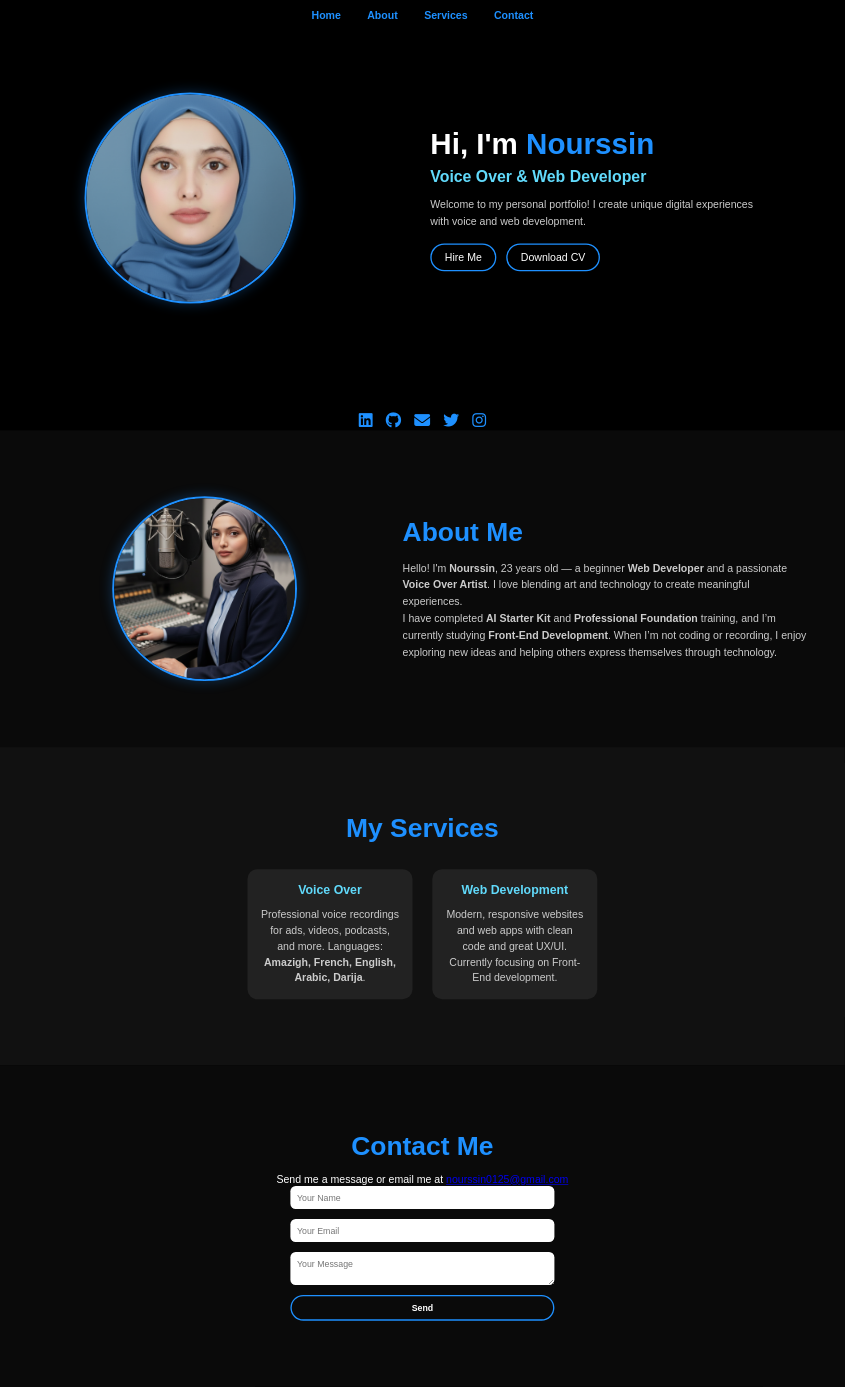
Repository: Abidar-Noura/portfolio
Page: index.html
The author's editor kept a copy of each file at every save. The page is drawn from the files as they stood at one save, then again after the next save.
The browser window is 1280 px wide. The pictures show the whole page, at 66% of full size.

Above is the page before, as saved 2025-11-02 12:57:08.

### index.html
<!DOCTYPE html>
<html lang="en">
<head>
  <link rel="stylesheet" href="https://cdnjs.cloudflare.com/ajax/libs/font-awesome/6.4.0/css/all.min.css"/>
  <meta charset="UTF-8">
  <meta name="viewport" content="width=device-width, initial-scale=1.0">
  <title>Portfolio - Nourssin</title>
  <link rel="stylesheet" href="style.css">
</head>
<body>

  <!-- ===== HEADER / NAVIGATION ===== -->
  <header>
    <nav>
      <ul>
        <li><a href="#home">Home</a></li>
        <li><a href="#about">About</a></li>
        <li><a href="#services">Services</a></li>
        <li><a href="#contact">Contact</a></li>
      </ul>
    </nav>
  </header>

  <!-- ===== HOME SECTION ===== -->
  <section class="home" id="home">
    <div class="home-content">
      <h1>Hi, I'm <span>Nourssin</span></h1>
      <h2>Voice Over & Web Developer</h2>
      <p>Welcome to my personal portfolio! I create unique digital experiences with voice and web development.</p>
      <div class="buttons">
        <a href="#contact" class="btn hire">Hire Me</a>
        <a href="files/Nourssin-CV.pdf" class="btn" download>Download CV</a>

      </div>
    </div>
    <div class="home-img">
      <img src="images/profile.png" alt="Nourssin Profile">
    </div>
  </section>
  <div class="socials">
  <a href="https://www.linkedin.com/in/nourssin" target="_blank"><i class="fab fa-linkedin"></i></a>
  <a href="https://github.com/Nourssin" target="_blank"><i class="fab fa-github"></i></a>
  <a href="mailto:nourssin@example.com"><i class="fas fa-envelope"></i></a>
  <a href="https://twitter.com/Nourssin" target="_blank"><i class="fab fa-twitter"></i></a>
  <a href="https://instagram.com/Nourssin" target="_blank"><i class="fab fa-instagram"></i></a>
</div>


  <!-- ===== ABOUT SECTION ===== -->
 <section id="about" class="about">
  <div class="about-content">

    <!-- الصورة فاليسار -->
    <div class="about-img">
      <img src="images/nourssin-about.png" alt="Nourssin About Photo">
    </div>

    <!-- النص فاليمين -->
    <div class="about-text">
      <h2>About Me</h2>
      <p>
        Hello! I'm <strong>Nourssin</strong>, 23 years old — a beginner <strong>Web Developer</strong> and a passionate <strong>Voice Over Artist</strong>.
        I love blending art and technology to create meaningful experiences.
      </p>
      <p>
        I have completed <strong>AI Starter Kit</strong> and <strong>Professional Foundation</strong> training, and I’m currently studying <strong>Front-End Development</strong>.
        When I’m not coding or recording, I enjoy exploring new ideas and helping others express themselves through technology.
      </p>
    </div>

  </div>
</section>




  <!-- ===== SERVICES SECTION ===== -->
  <section id="services" class="services">
  <h2>My Services</h2>

  <div class="service-cards">

    <!-- Voice Over -->
    <div class="card">
      <h3>Voice Over</h3>
      <p>
        Professional voice recordings for ads, videos, podcasts, and more.
        Languages: <strong>Amazigh, French, English, Arabic, Darija</strong>.
      </p>
    </div>

    <!-- Web Development -->
    <div class="card">
      <h3>Web Development</h3>
      <p>
        Modern, responsive websites and web apps with clean code and great UX/UI.
        Currently focusing on Front-End development.
      </p>
    </div>

  </div>
</section>

  <!-- ===== CONTACT SECTION ===== -->
  <section class="contact" id="contact">
    <h2>Contact Me</h2>
    <p>Send me a message or email me at <a href="mailto:nourssin0125@gmail.com">nourssin0125@gmail.com</a></p>
    <form>
      <input type="text" placeholder="Your Name" required>
      <input type="email" placeholder="Your Email" required>
      <textarea placeholder="Your Message" required></textarea>
      <button type="submit">Send</button>
    </form>
  </section>

</body>
</html>

### style.css
/* ===== RESET ===== */
* {
  margin: 0;
  padding: 0;
  box-sizing: border-box;
  font-family: 'Poppins', sans-serif;
}

/* ===== BODY ===== */
body {
  background-color: #000;
  color: #fff;
  scroll-behavior: smooth;
}

/* ===== HEADER ===== */
header {
  position: fixed;
  top: 0;
  width: 100%;
  background-color: #000;
  z-index: 1000;
  padding: 15px 0;
}

header nav ul {
  display: flex;
  justify-content: center;
  list-style: none;
  gap: 40px;
}

header nav ul li a {
  text-decoration: none;
  color: #1E90FF;
  font-weight: bold;
  transition: 0.3s;
}

header nav ul li a:hover {
  color: #61dafb;
}

/* ===== HOME SECTION ===== */
.home {
  display: flex;
  align-items: center;
  justify-content: space-between;
  padding: 140px 10%;
  background-color: #000;
  color: #fff;
  flex-wrap: wrap;
}

/* الصورة فاليسار */
.home-img {
  order: 1;
}

.home-img img {
  width: 320px;
  height: 320px;
  border-radius: 50%;
  border: 3px solid #1E90FF;
  object-fit: cover;
  box-shadow: 0 0 20px rgba(30,144,255,0.3);
  transition: transform 0.3s ease;
}

.home-img img:hover {
  transform: scale(1.05) rotate(2deg);
}

/* النص فاليمين */
.home-content {
  max-width: 500px;
  order: 2;
}

.home-content h1 {
  font-size: 2.8rem;
  margin-bottom: 10px;
}

.home-content h1 span {
  color: #1E90FF;
}

.home-content h2 {
  color: #61dafb;
  font-size: 1.5rem;
  margin-bottom: 15px;
}

.home-content p {
  color: #ccc;
  margin-bottom: 20px;
  line-height: 1.6;
}

.buttons {
  display: flex;
  gap: 15px;
}

.btn {
  text-decoration: none;
  color: white;
  padding: 10px 20px;
  border: 2px solid #1E90FF;
  border-radius: 25px;
  transition: 0.3s;
}

.btn:hover {
  background-color: #1E90FF;
  color: black;
}

/* ===== ABOUT SECTION ===== */
.about {
  padding: 100px 50px;
  background-color: #0a0a0a;
  color: #fff;
}

.about-content {
  display: flex;
  align-items: center;
  justify-content: space-between;
  gap: 40px;
  flex-wrap: wrap;
}

.about-text {
  flex: 1 1 400px;
}

.about-text h2 {
  color: #1E90FF;
  font-size: 2.5rem;
  margin-bottom: 20px;
}

.about-text p {
  color: #ccc;
  line-height: 1.6;
}

.about-img {
  flex: 1 1 300px;
  display: flex;
  justify-content: center;
}

.about-img img {
  width: 280px;
  height: 280px;
  border-radius: 50%;
  border: 3px solid #1E90FF;
  object-fit: cover;
  box-shadow: 0 0 20px rgba(30,144,255,0.3);
}

/* ===== SERVICES SECTION ===== */
.services {
  padding: 100px 50px;
  background-color: #111;
  color: #fff;
  text-align: center;
}

.services h2 {
  color: #1E90FF;
  margin-bottom: 40px;
  font-size: 2.5rem;
}

.service-cards {
  display: flex;
  flex-wrap: wrap;
  gap: 30px;
  justify-content: center;
}

.card {
  background-color: #222;
  padding: 20px;
  border-radius: 15px;
  width: 250px;
  transition: transform 0.3s, box-shadow 0.3s;
}

.card:hover {
  transform: translateY(-10px);
  box-shadow: 0 10px 20px rgba(30, 144, 255, 0.5);
}

.card h3 {
  color: #61dafb;
  margin-bottom: 15px;
}

.card p {
  color: #ccc;
  line-height: 1.5;
}

/* ===== CONTACT SECTION ===== */
.contact {
  padding: 100px 50px;
  background-color: #0a0a0a;
  color: #fff;
  text-align: center;
}

.contact h2 {
  color: #1E90FF;
  margin-bottom: 20px;
  font-size: 2.5rem;
}

.contact form {
  display: flex;
  flex-direction: column;
  gap: 15px;
  max-width: 400px;
  margin: 0 auto;
}

.contact input, .contact textarea {
  padding: 10px;
  border-radius: 8px;
  border: none;
}

.contact button {
  padding: 10px;
  border-radius: 25px;
  border: 2px solid #1E90FF;
  background-color: transparent;
  color: #fff;
  font-weight: bold;
  cursor: pointer;
  transition: 0.3s;
}

.contact button:hover {
  background-color: #1E90FF;
  color: black;
}

/* ===== RESPONSIVE ===== */
@media (max-width: 900px) {
  .home {
    flex-direction: column;
    text-align: center;
  }

  .home-img, .home-content {
    order: unset;
  }

  .home-img img {
    width: 250px;
    height: 250px;
    margin-bottom: 20px;
  }

  .about-content {
    flex-direction: column;
    text-align: center;
  }

  .about-img {
    margin-bottom: 20px;
  }
}
/* ===== Responsive (phones & tablets) ===== */
@media (max-width: 900px) {
  /* نخلي العناصر فوق بعضها */
  .home {
    flex-direction: column;
    text-align: center;
  }

  /* الصورة تطلع فوق */
  .home-img {
    order: 1;
  }

  /* النص ينزل تحت */
  .home-content {
    order: 2;
  }

  .home-img img {
    width: 250px;
    height: 250px;
    margin-bottom: 25px;
  }

  .home-content h1 {
    font-size: 2rem;
  }

  .home-content h2 {
    font-size: 1.2rem;
  }

  .home-content p {
    font-size: 0.95rem;
  }

  .buttons {
    justify-content: center;
  }
}
.socials {
  margin-top: 20px;
  display: flex;
  gap: 20px;
  justify-content: center;
}

.socials a {
  color: #1E90FF;
  font-size: 1.5rem;
  transition: 0.3s;
}

.socials a:hover {
  color: #61dafb;
  transform: scale(1.2);
}

After the next save:
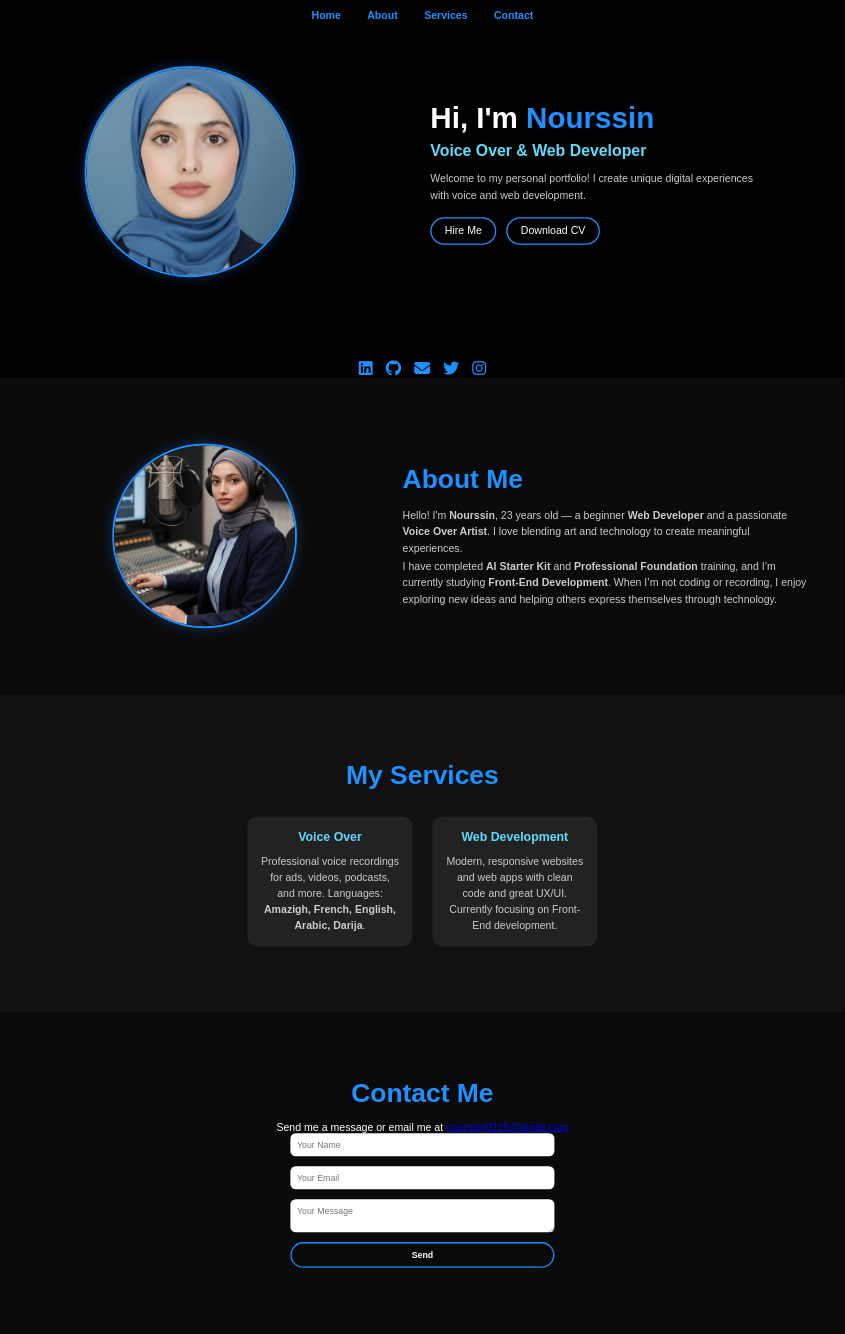
Saved 2 min 47 s later.
--- a/style.css
+++ b/style.css
@@ -46,7 +46,7 @@ header nav ul li a:hover {
   display: flex;
   align-items: center;
   justify-content: space-between;
-  padding: 140px 10%;
+  padding: 100px 10%;
   background-color: #000;
   color: #fff;
   flex-wrap: wrap;
